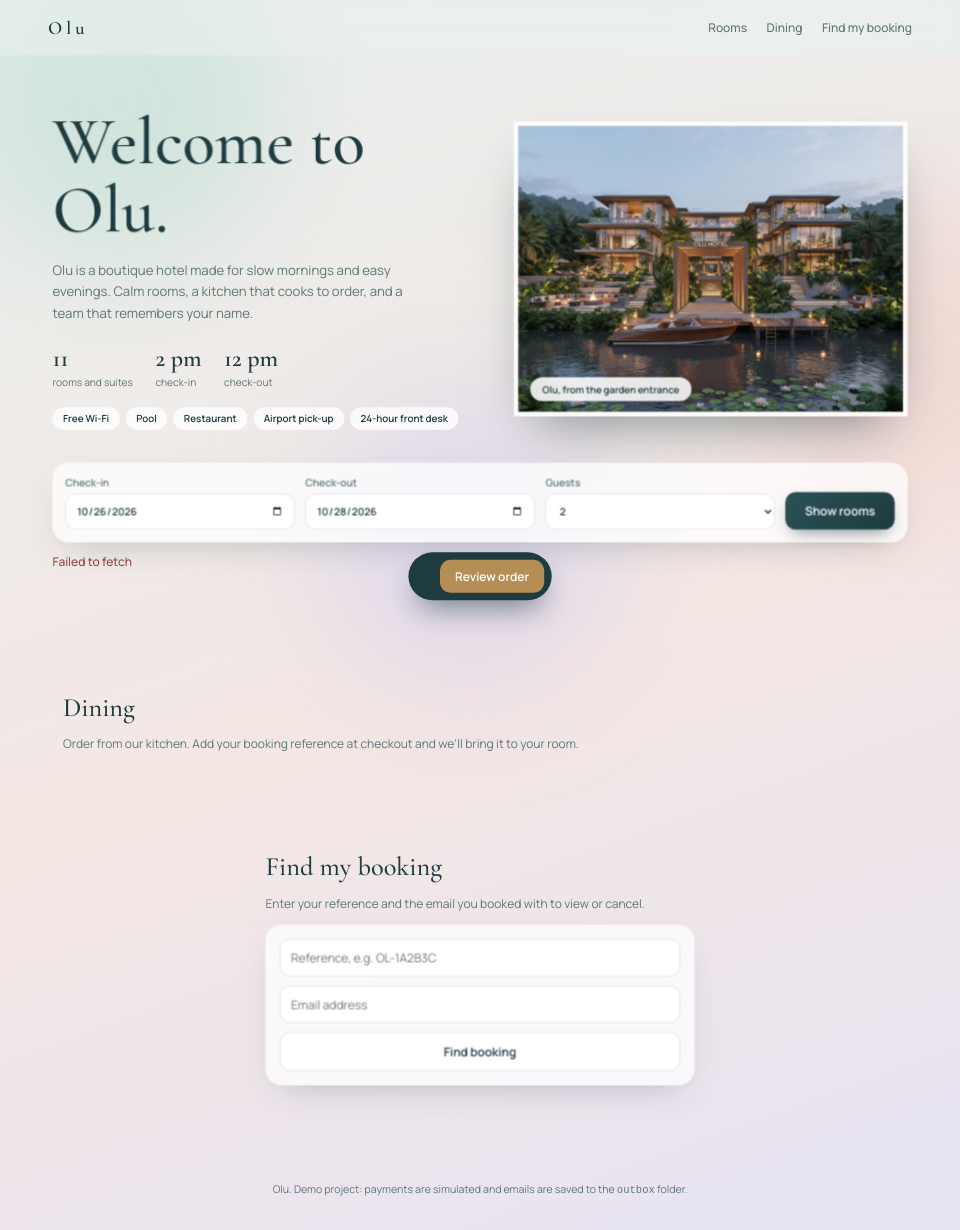
Repository: Deneththri/Hotel-System
Page: public/index.html
These files come from the project's save history. The page is drawn as it stood at one moment and after the next save; the edit follows.
The browser window is 1280 px wide. The pictures show the whole page, at 75% of full size.
The page's requests for data from a server got no answer.

Above is the page before, as saved 2026-10-25 18:15:43.

### public/index.html
<!DOCTYPE html>
<html lang="en">

<head>
  <meta charset="utf-8">
  <meta name="viewport" content="width=device-width,initial-scale=1">
  <title>Olu | Book your stay</title>
  <link rel="preconnect" href="https://fonts.googleapis.com">
  <link
    href="https://fonts.googleapis.com/css2?family=Cormorant+Garamond:wght@500;600&family=Manrope:wght@400;500;600&display=swap"
    rel="stylesheet">
  <link rel="stylesheet" href="style.css">
</head>

<body>
  <div class="orb o1"></div>
  <div class="orb o2"></div>
  <div class="orb o3"></div>
  <header class="nav"><a class="brand" href="#top">Olu</a>
    <nav><a href="#stay">Rooms</a><a href="#dining">Dining</a><a href="#manage">Find my booking</a></nav>
  </header>
  <main id="top">
    <section class="hero">
      <div class="intro">
        <div class="intro-text">
          <h1 class="hero-title"><span>Welcome</span> <span>to</span> <span>Olu.</span></h1>
          <p class="lead">Olu is a boutique hotel made for slow mornings and easy evenings. Calm rooms, a kitchen that
            cooks to order, and a team that remembers your name.</p>
          <ul class="facts">
            <li><b>11</b><span>rooms and suites</span></li>
            <li><b>2 pm</b><span>check-in</span></li>
            <li><b>12 pm</b><span>check-out</span></li>
          </ul>
          <div class="amen"><span>Free Wi-Fi</span><span>Pool</span><span>Restaurant</span><span>Airport
              pick-up</span><span>24-hour front desk</span></div>
        </div>
        <figure class="pic"><img src="images/olu-hotel.jpg"
            alt="Olu hotel exterior with a palm-lined entrance and pool">
          <figcaption>Olu, from the garden entrance</figcaption>
        </figure>
      </div>
      <form id="search" class="card search">
        <label>Check-in<input type="date" id="checkIn" required></label>
        <label>Check-out<input type="date" id="checkOut" required></label>
        <label>Guests<select id="guests">
            <option>1</option>
            <option selected>2</option>
            <option>3</option>
            <option>4</option>
          </select></label>
        <button class="btn" type="submit">Show rooms</button>
      </form>
      <p id="searchMsg" class="msg" role="status"></p>
    </section>
    <section id="stay" class="section">
      <div id="rooms" class="grid"></div>
    </section>
    <section id="dining" class="section dining">
      <h2>Dining</h2>
      <p class="muted">Order from our kitchen. Add your booking reference at checkout and we'll bring it to your room.
      </p>
      <div id="tabs" class="tabs"></div>
      <div id="menu"></div>
    </section>
    <section id="manage" class="section narrow">
      <h2>Find my booking</h2>
      <p class="muted">Enter your reference and the email you booked with to view or cancel.</p>
      <form id="lookup" class="card lookup"><input id="lref" placeholder="Reference, e.g. OL-1A2B3C" required><input
          id="lemail" type="email" placeholder="Email address" required><button class="btn ghost">Find booking</button>
      </form>
      <p id="lookupMsg" class="msg" role="status"></p>
      <div id="lookupResult"></div>
    </section>
  </main>
  <footer>Olu. Demo project: payments are simulated and emails are saved to the <code>outbox</code> folder.</footer>
  <div class="cartbar" id="cartbar"><span></span><button class="btn" id="reviewBtn">Review order</button></div>
  <button class="pill" id="pill" hidden></button>
  <div id="modal" class="modal" hidden>
    <div class="sheet card" role="dialog" aria-modal="true"><button class="x" id="close"
        aria-label="Close">&times;</button>
      <div id="sheetBody"></div>
    </div>
  </div>
  <script src="app.js"></script>
</body>

</html>

### public/style.css
:root {
    --mist: #e9f0ee;
    --sage: #cfe0da;
    --blush: #f4e7e4;
    --lav: #e6e3f3;
    --ink: #1e3b3f;
    --muted: #5e7679;
    --gold: #b58e55;
    --card: rgba(255, 255, 255, .74);
    --r: 22px;
    --serif: 'Cormorant Garamond', Georgia, serif;
    --sans: 'Manrope', system-ui, sans-serif
}

* {
    box-sizing: border-box
}

html {
    scroll-behavior: smooth
}

body {
    margin: 0;
    font-family: var(--sans);
    color: var(--ink);
    background: linear-gradient(160deg, var(--mist), var(--blush) 55%, var(--lav));
    min-height: 100vh;
    overflow-x: hidden
}

.orb {
    position: fixed;
    border-radius: 50%;
    filter: blur(70px);
    opacity: .55;
    z-index: -1;
    animation: drift 22s ease-in-out infinite alternate
}

.o1 {
    width: 420px;
    height: 420px;
    background: #bfdcd2;
    top: -80px;
    left: -60px
}

.o2 {
    width: 380px;
    height: 380px;
    background: #f1cfc8;
    right: -80px;
    top: 35%;
    animation-delay: -8s
}

.o3 {
    width: 340px;
    height: 340px;
    background: #d3cdee;
    left: 30%;
    bottom: -120px;
    animation-delay: -14s
}

@keyframes drift {
    to {
        transform: translate(70px, 50px) scale(1.15)
    }
}

.nav {
    display: flex;
    justify-content: space-between;
    align-items: center;
    padding: 22px clamp(18px, 5vw, 64px);
    position: sticky;
    top: 0;
    backdrop-filter: blur(14px);
    background: rgba(233, 240, 238, .6);
    z-index: 5
}

.brand {
    font: 600 1.7rem var(--serif);
    color: var(--ink);
    text-decoration: none;
    letter-spacing: .02em
}

.nav nav a {
    margin-left: 26px;
    color: var(--muted);
    text-decoration: none;
    font-weight: 500;
    transition: color .2s
}

.nav nav a:hover {
    color: var(--ink)
}

.hero {
    text-align: center;
    padding: clamp(40px, 9vw, 110px) 20px 40px;
    max-width: 980px;
    margin: auto
}

.hero-title {
    font: 500 clamp(2.6rem, 8vw, 5.6rem)/1.02 var(--serif);
    margin: 0 0 18px
}

.hero-title span {
    display: inline-block;
    opacity: 0;
    transform: translateY(34px);
    filter: blur(6px);
    animation: rise .9s cubic-bezier(.2, .7, .2, 1) forwards
}

.hero-title span:nth-child(2) {
    animation-delay: .15s
}

.hero-title span:nth-child(3) {
    animation-delay: .3s
}

.hero-title span:nth-child(4) {
    animation-delay: .45s
}

@keyframes rise {
    to {
        opacity: 1;
        transform: none;
        filter: none
    }
}

.lead {
    color: var(--muted);
    font-size: 1.1rem;
    max-width: 520px;
    margin: 0 auto 34px
}

.card {
    background: var(--card);
    backdrop-filter: blur(16px);
    border: 1px solid rgba(255, 255, 255, .8);
    border-radius: var(--r);
    box-shadow: 0 18px 50px -20px rgba(30, 59, 63, .28)
}

.search {
    display: grid;
    grid-template-columns: repeat(3, 1fr) auto;
    gap: 14px;
    padding: 16px;
    align-items: end;
    text-align: left
}

label {
    display: grid;
    gap: 6px;
    font-size: .85rem;
    color: var(--muted);
    font-weight: 600
}

input,
select,
textarea {
    font: inherit;
    color: var(--ink);
    padding: 13px 14px;
    border-radius: 14px;
    border: 1.5px solid #d5e2de;
    background: #fff;
    transition: border-color .2s, box-shadow .2s;
    width: 100%
}

input:focus,
select:focus,
textarea:focus {
    outline: none;
    border-color: var(--gold);
    box-shadow: 0 0 0 4px rgba(181, 142, 85, .18)
}

.btn {
    font: 600 1rem var(--sans);
    border: 0;
    border-radius: 14px;
    padding: 14px 26px;
    color: #fff;
    cursor: pointer;
    background: linear-gradient(135deg, #2b5258, #1e3b3f);
    transition: transform .2s, box-shadow .2s;
    box-shadow: 0 10px 22px -10px rgba(30, 59, 63, .7)
}

.btn:hover {
    transform: translateY(-2px);
    box-shadow: 0 16px 26px -12px rgba(30, 59, 63, .7)
}

.btn:active {
    transform: none
}

.btn:disabled {
    opacity: .6;
    cursor: wait
}

.btn.ghost {
    background: #fff;
    color: var(--ink);
    border: 1.5px solid #d5e2de;
    box-shadow: none
}

:focus-visible {
    outline: 3px solid var(--gold);
    outline-offset: 2px
}

.msg {
    min-height: 24px;
    color: #9a4a3f;
    font-weight: 500;
    margin: 14px 0 0
}

.muted {
    color: var(--muted)
}

.section {
    padding: 30px clamp(18px, 5vw, 64px) 60px;
    max-width: 1240px;
    margin: auto
}

.narrow {
    max-width: 700px
}

h2 {
    font: 500 2.2rem var(--serif);
    margin: 0 0 6px
}

.grid {
    display: grid;
    grid-template-columns: repeat(auto-fit, minmax(290px, 1fr));
    gap: 26px
}

.room {
    overflow: hidden;
    opacity: 0;
    transform: translateY(26px);
    animation: rise .7s cubic-bezier(.2, .7, .2, 1) forwards;
    transition: transform .35s, box-shadow .35s
}

.room:hover {
    transform: translateY(-6px);
    box-shadow: 0 28px 60px -22px rgba(30, 59, 63, .4)
}

.art {
    height: 170px;
    position: relative;
    overflow: hidden
}

.art::after {
    content: "";
    position: absolute;
    inset: -40%;
    background: radial-gradient(circle at 30% 30%, rgba(255, 255, 255, .85), transparent 40%);
    animation: sun 9s ease-in-out infinite alternate
}

@keyframes sun {
    to {
        transform: translate(35%, 20%)
    }
}

.t1 .art {
    background: linear-gradient(135deg, #bfe0d0, #e3efe6)
}

.t2 .art {
    background: linear-gradient(135deg, #bcd4ea, #e4e6f5)
}

.t3 .art {
    background: linear-gradient(135deg, #f0d3c8, #efe1ee)
}

.badge {
    position: absolute;
    top: 14px;
    left: 14px;
    z-index: 1;
    background: #fff;
    border-radius: 99px;
    padding: 6px 12px;
    font-size: .78rem;
    font-weight: 600;
    color: #9a4a3f
}

.body {
    padding: 22px
}

.body h3 {
    font: 600 1.7rem var(--serif);
    margin: 0 0 6px
}

.body p {
    color: var(--muted);
    margin: 0 0 14px;
    line-height: 1.55
}

.chips {
    display: flex;
    flex-wrap: wrap;
    gap: 8px;
    margin-bottom: 18px
}

.chips span {
    background: var(--mist);
    border-radius: 99px;
    padding: 5px 12px;
    font-size: .8rem;
    font-weight: 500
}

.foot {
    display: flex;
    justify-content: space-between;
    align-items: center;
    gap: 10px
}

.price b {
    font: 600 1.9rem var(--serif)
}

.price small {
    display: block;
    color: var(--muted)
}

.empty {
    text-align: center;
    padding: 30px;
    color: var(--muted)
}

.modal {
    position: fixed;
    inset: 0;
    background: rgba(30, 59, 63, .35);
    backdrop-filter: blur(6px);
    display: grid;
    place-items: center;
    padding: 16px;
    z-index: 20;
    animation: fade .25s
}

.modal[hidden] {
    display: none
}

@keyframes fade {
    from {
        opacity: 0
    }
}

.sheet {
    width: min(560px, 100%);
    max-height: 94vh;
    overflow: auto;
    padding: 30px;
    position: relative;
    background: rgba(255, 255, 255, .93);
    animation: pop .45s cubic-bezier(.2, .9, .3, 1.2)
}

@keyframes pop {
    from {
        opacity: 0;
        transform: translateY(30px) scale(.95)
    }
}

.x {
    position: absolute;
    top: 12px;
    right: 16px;
    border: 0;
    background: none;
    font-size: 2rem;
    color: var(--muted);
    cursor: pointer
}

.sheet h3 {
    font: 600 2rem var(--serif);
    margin: 0 0 4px
}

.form {
    display: grid;
    gap: 14px;
    margin-top: 18px
}

.two {
    display: grid;
    grid-template-columns: 1fr 1fr;
    gap: 14px
}

.sum {
    background: var(--mist);
    border-radius: 16px;
    padding: 14px 16px;
    margin-top: 14px;
    font-size: .93rem
}

.sum div {
    display: flex;
    justify-content: space-between;
    padding: 3px 0
}

.sum .tot {
    border-top: 1px dashed #b9cdc7;
    margin-top: 6px;
    padding-top: 9px;
    font-weight: 700;
    font-size: 1.05rem
}

.pay {
    display: grid;
    grid-template-columns: 1fr 1fr;
    gap: 10px
}

.pay label {
    display: flex;
    gap: 8px;
    align-items: center;
    border: 1.5px solid #d5e2de;
    background: #fff;
    border-radius: 14px;
    padding: 12px;
    cursor: pointer;
    color: var(--ink)
}

.pay input {
    width: auto
}

.pay label:has(input:checked) {
    border-color: var(--gold);
    background: #fbf5ea
}

.ok {
    text-align: center
}

.check {
    width: 96px;
    height: 96px;
    margin: 6px auto 10px;
    display: block
}

.check circle {
    fill: #e4f2ea;
    stroke: #8dbfa6;
    stroke-width: 3;
    stroke-dasharray: 290;
    stroke-dashoffset: 290;
    animation: draw .8s .1s ease forwards
}

.check path {
    fill: none;
    stroke: #2f7d5b;
    stroke-width: 6;
    stroke-linecap: round;
    stroke-linejoin: round;
    stroke-dasharray: 60;
    stroke-dashoffset: 60;
    animation: draw .5s .8s ease forwards
}

@keyframes draw {
    to {
        stroke-dashoffset: 0
    }
}

.ref {
    display: inline-block;
    margin: 10px 0 4px;
    padding: 10px 22px;
    border-radius: 14px;
    background: #fbf5ea;
    border: 1.5px dashed var(--gold);
    font: 600 1.6rem var(--serif);
    letter-spacing: .12em;
    animation: pulse 2.4s 1.4s ease-in-out 2
}

@keyframes pulse {
    50% {
        box-shadow: 0 0 0 12px rgba(181, 142, 85, .15)
    }
}

.ok .sum {
    text-align: left
}

.actions {
    display: flex;
    gap: 10px;
    justify-content: center;
    margin-top: 20px;
    flex-wrap: wrap
}

.lookup {
    display: grid;
    gap: 12px;
    padding: 18px;
    margin-top: 18px
}

.status {
    display: inline-block;
    padding: 4px 12px;
    border-radius: 99px;
    font-size: .78rem;
    font-weight: 700;
    background: #e4f2ea;
    color: #2f7d5b
}

.status.CANCELLED,
.status.NO_SHOW {
    background: #f6dcd7;
    color: #9a4a3f
}

#lookupResult .card {
    padding: 22px;
    margin-top: 18px;
    animation: pop .45s
}

footer {
    text-align: center;
    color: var(--muted);
    padding: 30px 20px 46px;
    font-size: .88rem
}

@media(max-width:760px) {
    .search {
        grid-template-columns: 1fr 1fr
    }

    .search .btn {
        grid-column: 1/-1
    }

    .nav nav a:first-child {
        display: none
    }

    .two,
    .pay {
        grid-template-columns: 1fr
    }
}

@media(prefers-reduced-motion:reduce) {
    * {
        animation-duration: .01s !important;
        animation-delay: 0s !important;
        transition: none !important
    }
}

@media print {
    body {
        background: #fff
    }

    .orb,
    .nav,
    footer,
    .actions,
    .x,
    #top,
    #manage {
        display: none
    }

    .modal {
        position: static;
        background: none
    }

    .sheet {
        box-shadow: none
    }
}

.dining {
    max-width: 1240px
}

.tabs {
    display: flex;
    gap: 10px;
    flex-wrap: wrap;
    margin: 18px 0 24px
}

.tab {
    border: 1.5px solid #d5e2de;
    background: #fff;
    border-radius: 99px;
    padding: 9px 18px;
    font: 600 .9rem var(--sans);
    color: var(--muted);
    cursor: pointer;
    transition: all .2s
}

.tab.on {
    background: var(--ink);
    color: #fff;
    border-color: var(--ink)
}

#menu {
    display: grid;
    grid-template-columns: repeat(auto-fill, minmax(320px, 1fr));
    gap: 18px
}

.dish {
    display: flex;
    gap: 16px;
    align-items: center;
    padding: 16px
}

.dish.enter {
    opacity: 0;
    animation: rise .6s cubic-bezier(.2, .7, .2, 1) forwards
}

.ico {
    width: 64px;
    height: 64px;
    border-radius: 18px;
    display: grid;
    place-items: center;
    font-size: 1.9rem;
    background: linear-gradient(135deg, var(--sage), var(--blush));
    flex: none
}

.dinfo {
    flex: 1
}

.dinfo h4 {
    margin: 0 0 3px;
    font: 600 1.25rem var(--serif)
}

.dinfo p {
    margin: 0 0 6px;
    color: var(--muted);
    font-size: .85rem;
    line-height: 1.4
}

.dinfo b {
    color: var(--gold)
}

.qty {
    display: flex;
    align-items: center;
    gap: 8px
}

.qty button {
    width: 34px;
    height: 34px;
    border-radius: 50%;
    border: 1.5px solid #d5e2de;
    background: #fff;
    font-size: 1.2rem;
    cursor: pointer;
    color: var(--ink);
    transition: transform .15s, background .2s, color .2s
}

.qty button:hover {
    background: var(--ink);
    color: #fff;
    transform: scale(1.1)
}

.qty span {
    min-width: 18px;
    text-align: center;
    font-weight: 700
}

.cartbar {
    position: fixed;
    left: 50%;
    bottom: 22px;
    transform: translate(-50%, 160%);
    z-index: 8;
    display: flex;
    gap: 18px;
    align-items: center;
    padding: 10px 10px 10px 24px;
    border-radius: 99px;
    background: var(--ink);
    color: #fff;
    font-weight: 600;
    box-shadow: 0 20px 40px -12px rgba(30, 59, 63, .6);
    transition: transform .5s cubic-bezier(.2, .9, .3, 1.2)
}

.cartbar.show {
    transform: translate(-50%, 0)
}

.cartbar .btn {
    background: var(--gold);
    padding: 11px 20px;
    box-shadow: none
}

.pill {
    position: fixed;
    left: 18px;
    bottom: 22px;
    z-index: 8;
    border: 0;
    border-radius: 99px;
    padding: 11px 18px;
    background: #fff;
    color: var(--ink);
    font: 600 .85rem var(--sans);
    box-shadow: 0 14px 30px -12px rgba(30, 59, 63, .45);
    cursor: pointer
}

.pill[hidden] {
    display: none
}

.pill[data-s=READY] {
    background: #2f7d5b;
    color: #fff;
    animation: pulse 1.6s infinite
}

.hint {
    margin: -6px 0 0;
    font-size: .82rem;
    color: var(--muted)
}

.steps {
    position: relative;
    display: flex;
    margin: 26px 0 8px
}

.steps::before,
.steps::after {
    content: "";
    position: absolute;
    top: 10px;
    left: 12.5%;
    height: 3px;
    border-radius: 2px
}

.steps::before {
    right: 12.5%;
    background: #d5e2de
}

.steps::after {
    width: calc(var(--p)*25%);
    background: #2f7d5b;
    animation: grow 1s ease
}

@keyframes grow {
    from {
        width: 0
    }
}

.step {
    flex: 1;
    text-align: center;
    position: relative
}

.step i {
    display: block;
    width: 22px;
    height: 22px;
    margin: 0 auto 6px;
    border-radius: 50%;
    background: #fff;
    border: 3px solid #d5e2de;
    transition: all .3s
}

.step.done i {
    background: #2f7d5b;
    border-color: #2f7d5b
}

.step.now i {
    animation: pulse 1.8s infinite
}

.step small {
    font-weight: 600;
    font-size: .78rem;
    color: var(--muted)
}

.step.done small {
    color: var(--ink)
}

.toast {
    position: fixed;
    top: 84px;
    right: 18px;
    z-index: 30;
    max-width: 340px;
    padding: 16px 20px;
    border-radius: 18px;
    background: #2f7d5b;
    color: #fff;
    font-weight: 600;
    line-height: 1.45;
    box-shadow: 0 20px 40px -14px rgba(30, 59, 63, .55);
    animation: slide .5s cubic-bezier(.2, .9, .3, 1.2)
}

.toast.out {
    opacity: 0;
    transform: translateX(30px);
    transition: .6s
}

@keyframes slide {
    from {
        opacity: 0;
        transform: translateX(60px)
    }
}

@media(max-width:760px) {
    #menu {
        grid-template-columns: 1fr
    }

    .cartbar {
        width: calc(100% - 28px);
        justify-content: space-between
    }

    .pill {
        bottom: 84px
    }
}

@media print {

    .cartbar,
    .pill,
    .toast {
        display: none
    }
}

.brand {
    letter-spacing: .22em;
    font-size: 1.55rem
}

.hero {
    max-width: 1180px;
    text-align: left;
    padding-top: clamp(28px, 6vw, 70px)
}

.intro {
    display: grid;
    grid-template-columns: 1.05fr 1fr;
    gap: clamp(24px, 5vw, 64px);
    align-items: center;
    margin-bottom: 44px
}

.intro .lead {
    margin: 0 0 26px;
    max-width: 480px;
    line-height: 1.65
}

.facts {
    display: flex;
    gap: 30px;
    list-style: none;
    padding: 0;
    margin: 0 0 24px
}

.facts b {
    display: block;
    font: 600 2rem var(--serif)
}

.facts span {
    font-size: .85rem;
    color: var(--muted)
}

.amen {
    display: flex;
    flex-wrap: wrap;
    gap: 8px
}

.amen span {
    background: rgba(255, 255, 255, .8);
    border-radius: 99px;
    padding: 6px 14px;
    font-size: .82rem;
    font-weight: 600
}

.pic {
    margin: 0;
    position: relative;
    opacity: 0;
    animation: rise 1.1s .35s cubic-bezier(.2, .7, .2, 1) forwards
}

.pic img {
    display: block;
    width: 100%;
    aspect-ratio: 4/3;
    object-fit: cover;

    box-shadow: 0 34px 70px -28px rgba(30, 59, 63, .55);
    border: 6px solid rgba(255, 255, 255, .85)
}

.pic figcaption {
    position: absolute;
    left: 22px;
    bottom: 20px;
    background: rgba(255, 255, 255, .88);
    backdrop-filter: blur(8px);
    border-radius: 99px;
    padding: 7px 16px;
    font-size: .8rem;
    font-weight: 600
}

@media(max-width:860px) {
    .intro {
        grid-template-columns: 1fr
    }

    .pic {
        order: -1
    }

    .facts {
        gap: 22px
    }
}

Loaded but not shown: public/app.js (140 lines, source omitted)

After the next save:
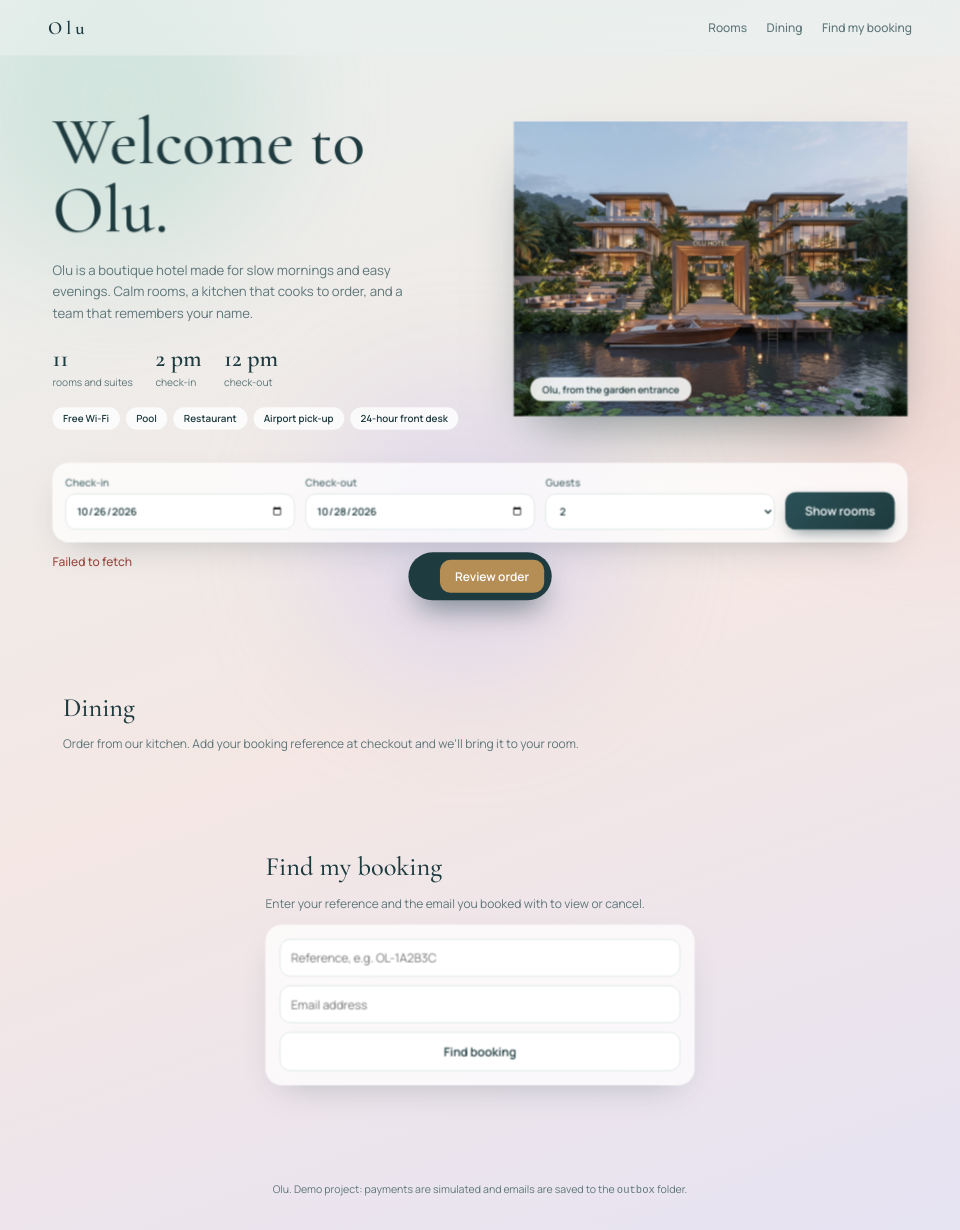
Saved 15 s later.
--- a/public/style.css
+++ b/public/style.css
@@ -1004,7 +1004,7 @@ footer {
     object-fit: cover;
 
     box-shadow: 0 34px 70px -28px rgba(30, 59, 63, .55);
-    border: 6px solid rgba(255, 255, 255, .85)
+
 }
 
 .pic figcaption {
